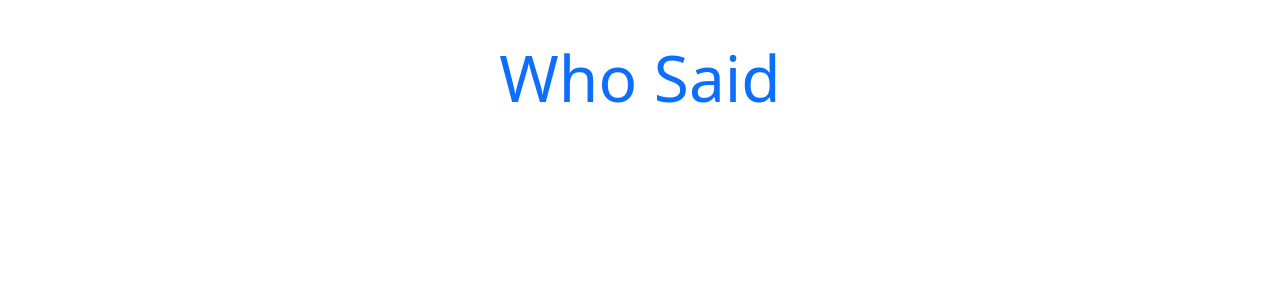
Repository: julihocc/netninja-quiz
Page: index.html
The author's editor kept a copy of each file at every save. The page is drawn from the files as they stood at one save, then again after the next save.
The browser window is 1280 px wide. The pictures show the whole page.

Above is the page before, as saved 2022-09-27 19:07:25.

After the next save:
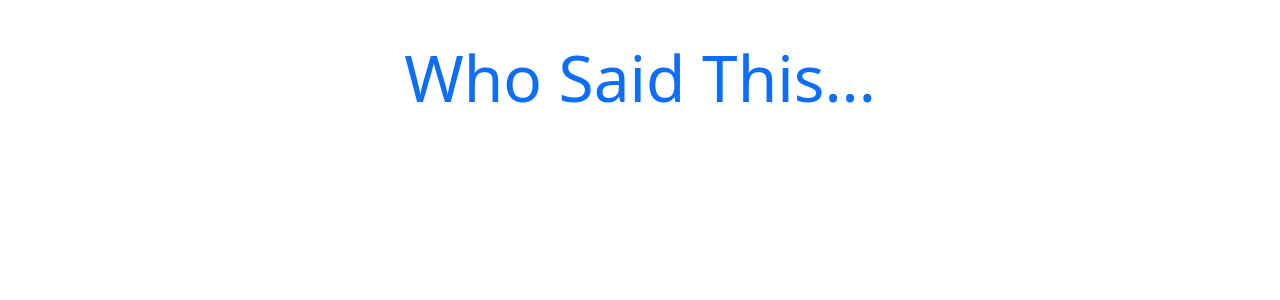
Saved 5 s later.
--- a/index.html
+++ b/index.html
@@ -18,7 +18,7 @@
     <div class="intro py-3 bg-white text-center">
         <div class="container">
             <h2 class="text-primary display-3 my-4">
-                Who Said
+                Who Said This...
             </h2>
         </div>
     </div>
